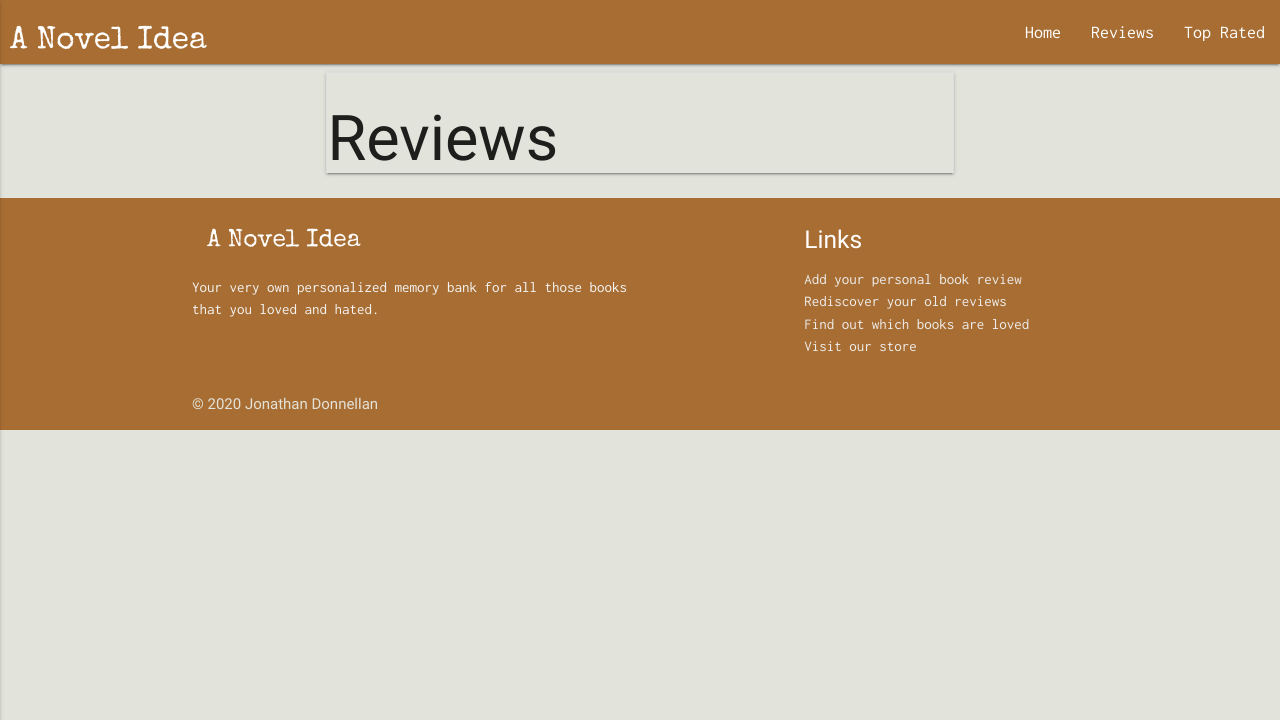
Repository: johnny-don/a-novel-idea
Page: http://localhost/
The author's editor kept a record of every edit. The page is drawn from the files as they stood at one moment, then again after the next edit.
The browser window is 1280 px wide. The pictures show the whole page.
Some web libraries are served in a nearby version. The page is served by the project's application, run on Flask 3 (app.py). Queries for data that is not in the repository find no rows.

Above is the page before.

After the next edit:
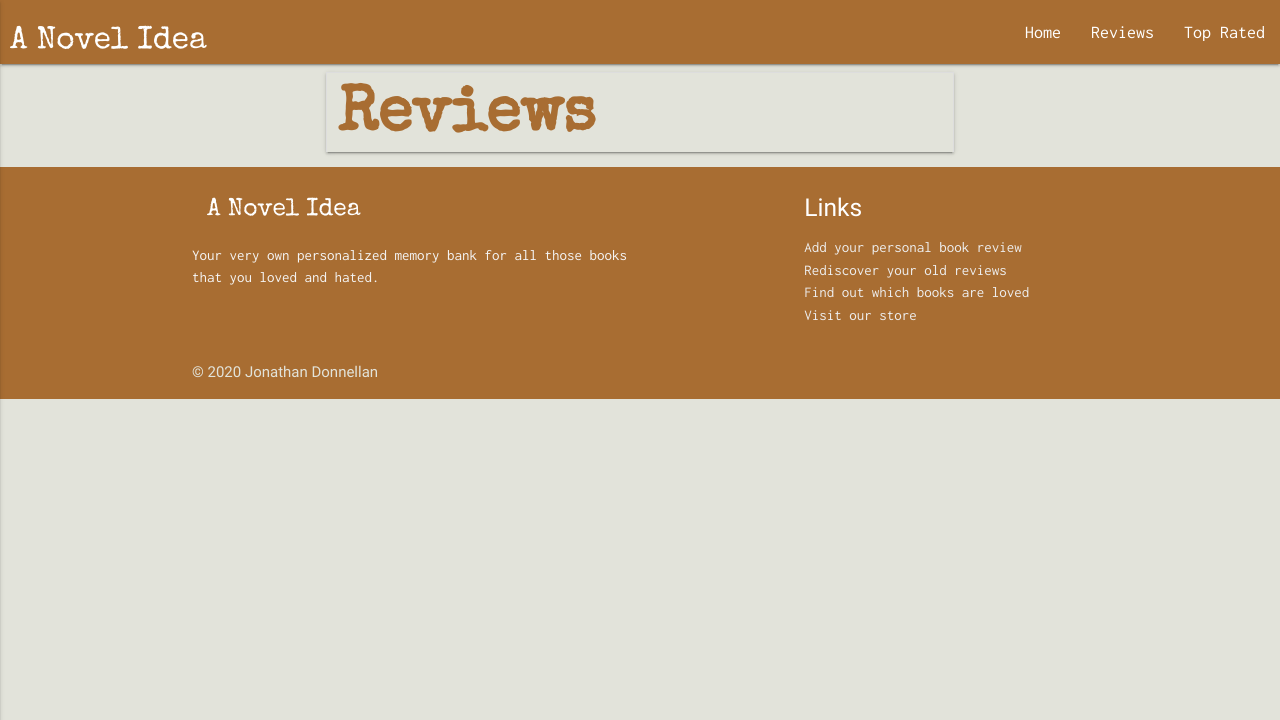
The edit:
--- a/templates/reviews.html
+++ b/templates/reviews.html
@@ -1,7 +1,7 @@
 {% extends 'base.html' %} {% block content %}
 <div class="container">
 <ul class="collapsible" data-collapsible="accordian">
-    <h1>Reviews</h1>
+    <h1 class="headline">Reviews</h1>
     {% for review in reviews %}
     <li>
         <div class="collapsible-header">
